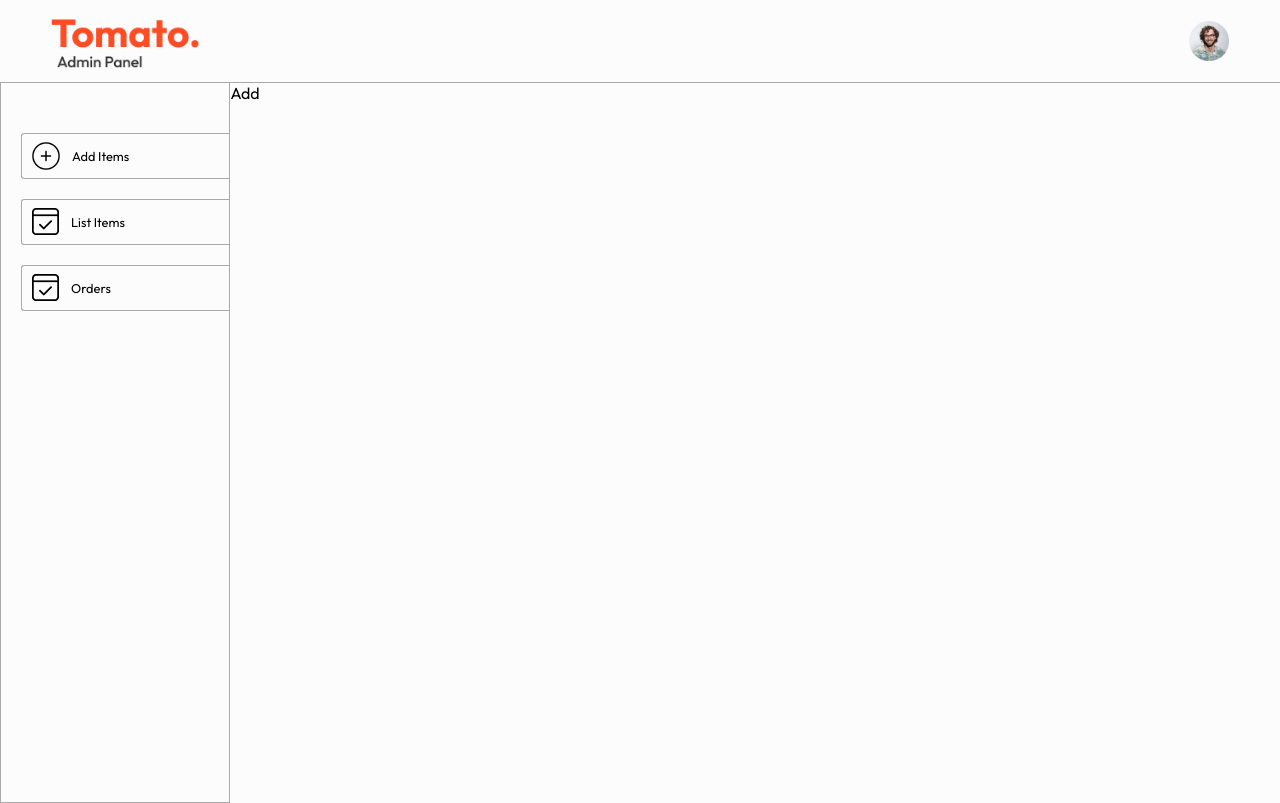
Repository: sodmaq/food-delivery
Page: /add (app in admin/)
An editor plug-in stored every save of this project. The page is shown before and after the next save, followed by the edit.
The browser window is 1280 px wide. The pictures show the whole page.
The project was rebuilt for these pictures with package versions that can differ from the ones it lists, and the page was loaded fresh each time. Also part of the build but not shown: admin/vite.config.js, admin/src/pages/add/Add.css, admin/src/pages/orders/Orders.jsx. Imported but missing from the stored project, and not drawn on this page: admin/src/pages/list/List.

Above is the page before, as saved 2024-10-02 22:59:03.

After the next save:
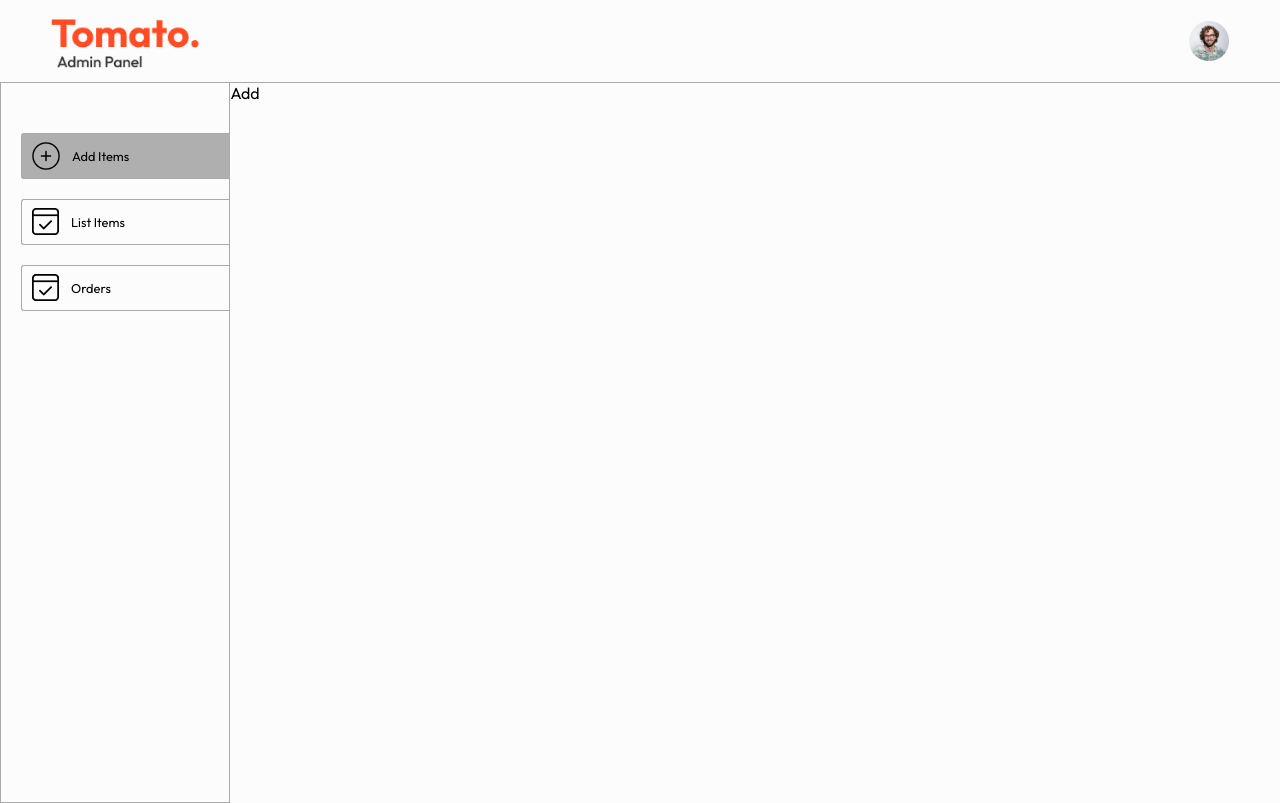
Saved 2 min 20 s later.
--- a/admin/src/components/sidebar/SideBar.css
+++ b/admin/src/components/sidebar/SideBar.css
@@ -26,6 +26,9 @@
   cursor: pointer;
   transition: 0.2s;
 }
+.sidebar-option.active {
+  background-color: #afafaf;
+}
 
 @media screen and (max-width: 900px) {
   .sidebar-option p {
